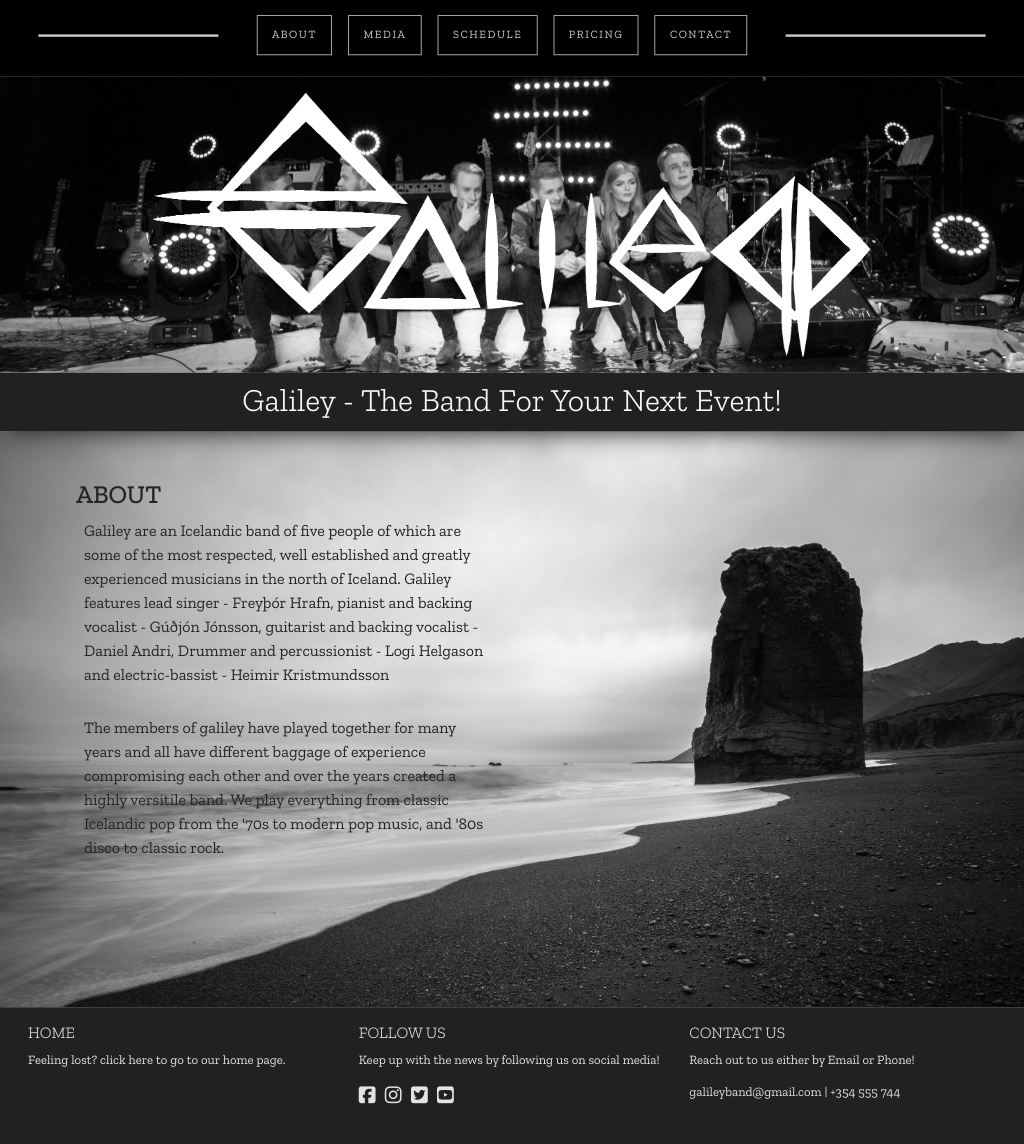
Repository: HeimirDavid/Galiley-Website
Page: index.html
The author's editor kept a record of every edit. The page is drawn from the files as they stood at one moment, then again after the next edit.
The browser window is 1280 px wide. The pictures show the whole page, at 80% of full size.
Backgrounds fixed to the window are drawn as part of the page. Some web libraries are served in a nearby version.

Above is the page before.

After the next edit:
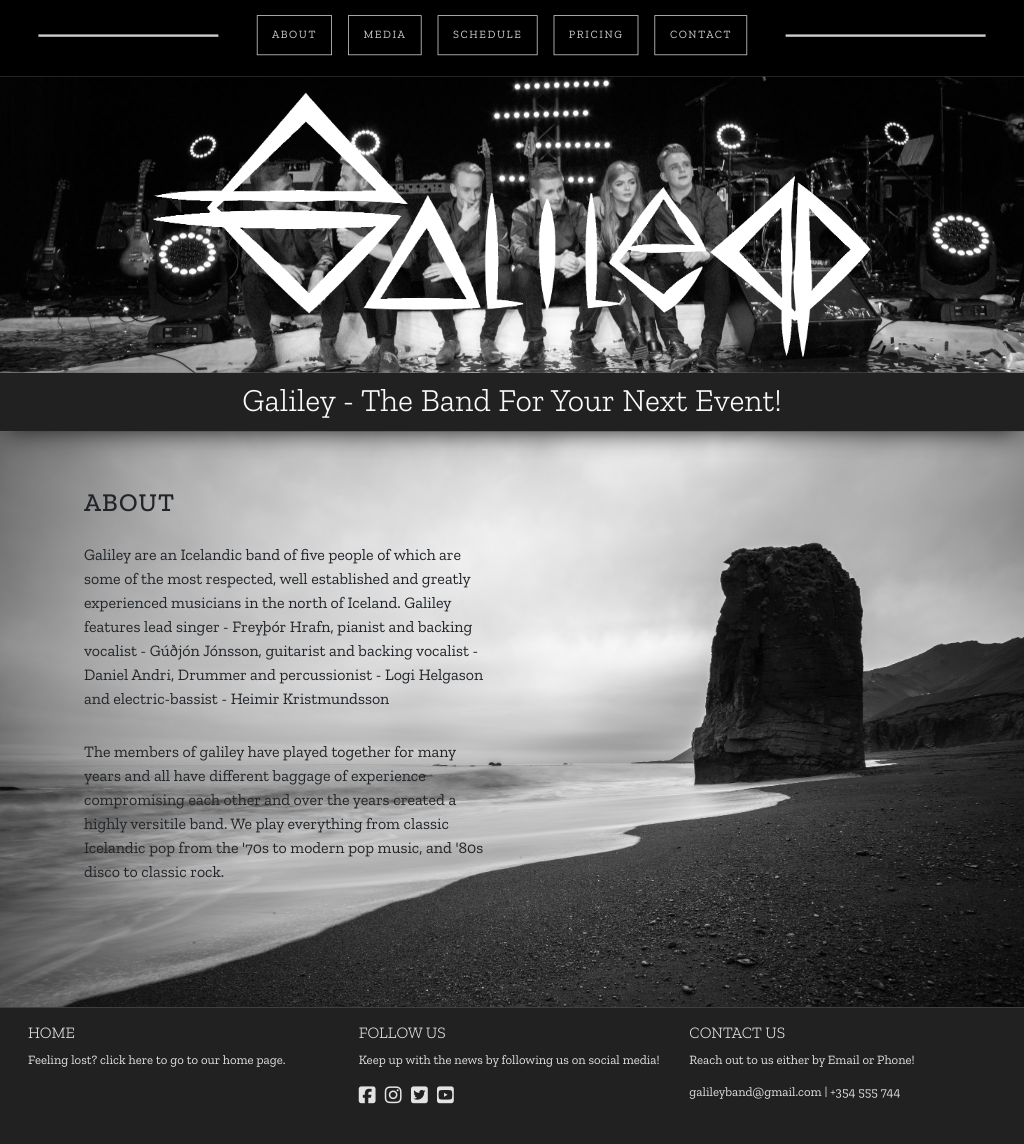
The edit:
--- a/assets/css/style.css
+++ b/assets/css/style.css
@@ -223,9 +223,9 @@
     padding: 60px 10px 20px 10px;
 }
 
-.heading-h2 {
-    font-weight: 400;
-    padding: 10px 10px 30px 10px;
+.header-h2 {
+    font-weight: 500;
+    padding: 10px 10px 20px 10px;
     letter-spacing: 1.5px;
 }
 
